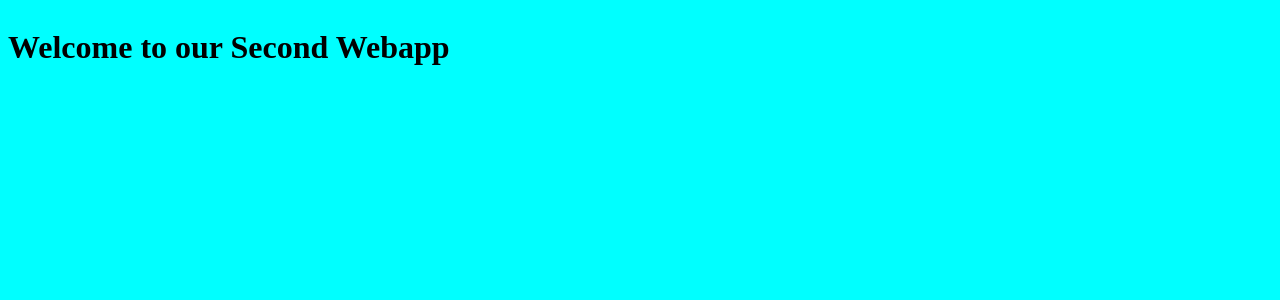
Repository: Daksh1928/Programs
Page: BeckEnd/DataBases/Servelet/FourthServletApp/webapp/registersucess.html
These files come from the project's save history. The page is drawn as it stood at one moment and after the next save; the edit follows.
The browser window is 1280 px wide. The pictures show the whole page.

Above is the page before, as saved 2026-06-12 17:22:57.

### BeckEnd/DataBases/Servelet/FourthServletApp/webapp/registersucess.html
<!DOCTYPE html>
<html>
<head>
<meta charset="UTF-8">
<title>Insert title here</title>
</head>
<body bgcolor="cyan" style="align-content: center">
    <h1>Welcome to our Second Webapp</h1>

</body>
</html>

After the next save:
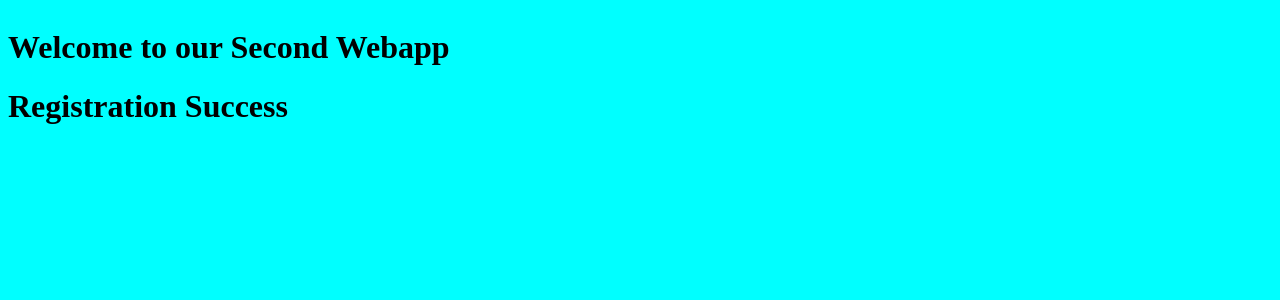
Saved 47 s later.
--- a/BeckEnd/DataBases/Servelet/FourthServletApp/webapp/registersucess.html
+++ b/BeckEnd/DataBases/Servelet/FourthServletApp/webapp/registersucess.html
@@ -6,6 +6,6 @@
 </head>
 <body bgcolor="cyan" style="align-content: center">
     <h1>Welcome to our Second Webapp</h1>
-
+      <h1>Registration Success </h1>
 </body>
 </html>
